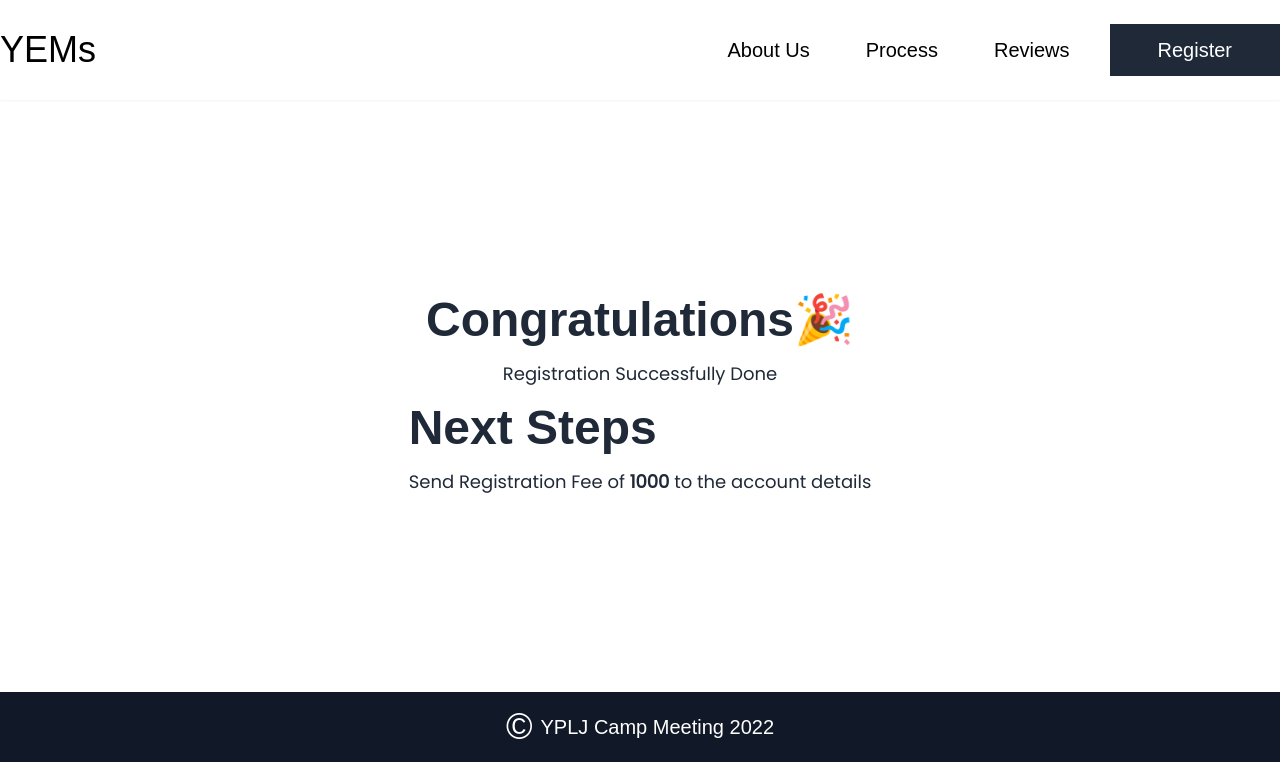
Repository: Ifenna-Pascal/user-camp-onboarding
Page: /dashboard
These files come from the project's save history. The page is drawn as it stood at one moment and after the next save; the edit follows.
The browser window is 1280 px wide. The pictures show the whole page.
Some web fonts or font styles are not loaded; a fallback is used. The project was rebuilt for these pictures with package versions that can differ from the ones it lists, and the page was loaded fresh each time. The framework's server and built-in components were replaced by stand-ins that run in the browser. Also part of the build but not shown: next.config.js.

Above is the page before, as saved 2022-11-27 08:12:31.

### pages/_app.js
import Mainlayout from "../components/layout";
import "../styles/globals.css";
import "remixicon/fonts/remixicon.css";

function MyApp({ Component, pageProps }) {
  return (
    <Mainlayout>
      <Component {...pageProps} />
    </Mainlayout>
  );
}

export default MyApp;

### pages/dashboard.jsx
import React from "react";

function Dashboard() {
  return (
    <div className="min-h-[80vh] flex  flex-col items-center justify-center">
      <h1 className="text-gray-800 text-center lg:text-left text-2xl lg:text-5xl font-semibold font-sono block ">
        Congratulations🎉
      </h1>
      <p className="block text-base  lg:text-lg text-center font-poppins text-gray-800 leading-[30px] py-2 lg:py-4">
        Registration Successfully Done
      </p>
      <div>
        <h1 className="text-gray-800 text-center lg:text-left text-2xl lg:text-5xl font-semibold font-sono block ">
          Next Steps{" "}
        </h1>
        <p className="block text-base  lg:text-lg text-center font-poppins text-gray-800 leading-[30px] py-2 lg:py-4">
          Send Registration Fee of <strong>1000</strong> to the account details
        </p>
      </div>
    </div>
  );
}

export default Dashboard;

### components/layout/index.jsx
import React from "react";
import Footer from "./Footer";
import Nav from "./Nav";

function Mainlayout({ children }) {
  return (
    <div className="relative">
      <Nav />
      <main>{children}</main>
      <Footer />
    </div>
  );
}

export default Mainlayout;

### styles/globals.css
@import url('https://fonts.googleapis.com/css2?family=Poppins&family=Sono:wght@400;500&display=swap');
@import url('https://fonts.googleapis.com/css2?family=Montserrat&family=Source+Sans+Pro&display=swap');

* {
  padding: 0;
  margin: 0;
  box-sizing: border-box;
  scroll-behavior: smooth;
}

html,
body {
  padding: 0;
  margin: 0;
  font-family: -apple-system, BlinkMacSystemFont, Segoe UI, Roboto, Oxygen,
    Ubuntu, Cantarell, Fira Sans, Droid Sans, Helvetica Neue, sans-serif;
}

a {
  color: inherit;
  text-decoration: none;
}

* {
  box-sizing: border-box;
}

@media (prefers-color-scheme: dark) {
  html {
    color-scheme: dark;
  }
  body {
    color: white;
    background: black;
  }
}

@tailwind base;
@tailwind components;
@tailwind utilities;

### components/layout/Footer.jsx
import React from "react";

function Footer() {
  return (
    <div className="bg-gray-900 w-full h-[70px]  flex items-center justify-center">
      <p className="text-center flex items-center text-white font-sono text-xl">
        {" "}
        <span className="text-4xl mr-2">&copy;</span> YPLJ Camp Meeting 2022{" "}
      </p>
    </div>
  );
}

export default Footer;

### components/layout/Nav.jsx
import Link from "next/link";
import { useRouter } from "next/router";
import React, { useState } from "react";
import Button from "../general/Button";
import NavLink from "../general/NavLink";

function Nav() {
  const [show, setShow] = useState(false);
  const router = useRouter();
  const toggle = () => {
    setShow(!show);
  };
  return (
    <div className="lg:sticky  top-0 w-full shadow-sm mb-4 z-50 px-6 lg:px-0 bg-white">
      <nav className="w-full lg:py-6 py-5 flex items-center  lg:max-w-[1450px] lg:mx-auto justify-between">
        <Link href="/">
          {" "}
          <h1 className="font-sono text-2xl lg:text-4xl ">YEMs</h1>
        </Link>
        <ul className="lg:flex items-center hidden justify-between">
          <NavLink href="/#home" name="About Us" />
          <NavLink href="/#process" name="Process" />
          <NavLink href="/#reviews" name="Reviews" />
          <Link href="/register">
            <Button text="Register" />
          </Link>
        </ul>
        <button
          className='block md:hidden className="w-full px-2 py-1 rounded-lg text-AP-grey-200 hover:text-AP-blue-200 border-AP-grey-200 hover:border-AP-blue-400'
          onClick={toggle}
        >
          <i
            className={`${
              !show ? "ri-menu-3-fill duration-500" : "ri-close-line"
            } text-2xl text-gray-800`}
          />
        </button>
      </nav>
      <div
        className={`flex lg:hidden ${
          show
            ? "flex duration-500  flex-col items-center space-y-8 pt-2 "
            : "hidden"
        }`}
      >
        <NavLink href="/#home" name="About Us" />
        <NavLink href="/#process" name="Process" />
        <NavLink href="/#reviews" name="Reviews" />
        {/* {router.pathname !== "/register" && (
          <Link href="/register">
            <Button text="Register" onClick={() => setShow(false)} />
          </Link>
        )} */}
      </div>
    </div>
  );
}

export default Nav;

### components/general/Button.jsx
import React from "react";

function Button({ text, ...rest }) {
  return (
    <button
      className="bg-gray-800 px-12 py-3 hover:bg-white hover:text-black hover:border hover:border-black duration-500 hover:ease-in-out text-white font-sono text-xl"
      {...rest}
    >
      {text}
    </button>
  );
}

export default Button;

### components/general/NavLink.jsx
import Link from "next/link";
import React from "react";

function NavLink({ href, name }) {
  return (
    <Link href={href}>
      <span className="text-black px-4 text-xl font-sono mr-6 font-500">
        {name}
      </span>
    </Link>
  );
}

export default NavLink;

### tailwind.config.js
/** @type {import('tailwindcss').Config} */
module.exports = {
  content: [
    "./pages/**/*.{js,ts,jsx,tsx}",
    "./components/**/*.{js,ts,jsx,tsx}",
  ],

  theme: {
    extend: {
      fontFamily: {
        sono: ["Sono", "sans-serif"],
        poppins: ["Poppins", "sans-serif"],
        montserat: ["Montserrat", "sans-serif"],
      },
    },
  },
  plugins: [],
};

After the next save:
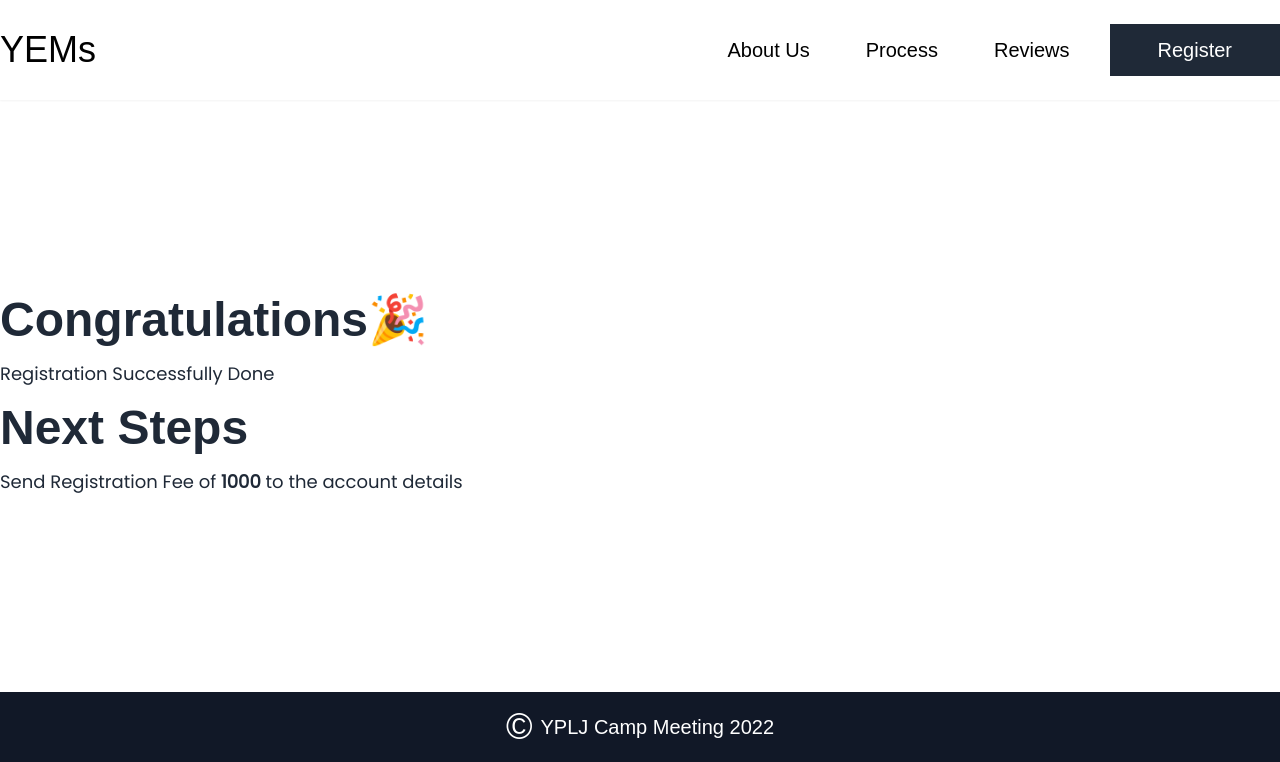
Saved 19 s later.
--- a/pages/dashboard.jsx
+++ b/pages/dashboard.jsx
@@ -2,7 +2,7 @@
 
 function Dashboard() {
   return (
-    <div className="min-h-[80vh] flex  flex-col items-center justify-center">
+    <div className="min-h-[80vh] flex  flex-col items-start justify-center">
       <h1 className="text-gray-800 text-center lg:text-left text-2xl lg:text-5xl font-semibold font-sono block ">
         Congratulations🎉
       </h1>

After the save that followed:
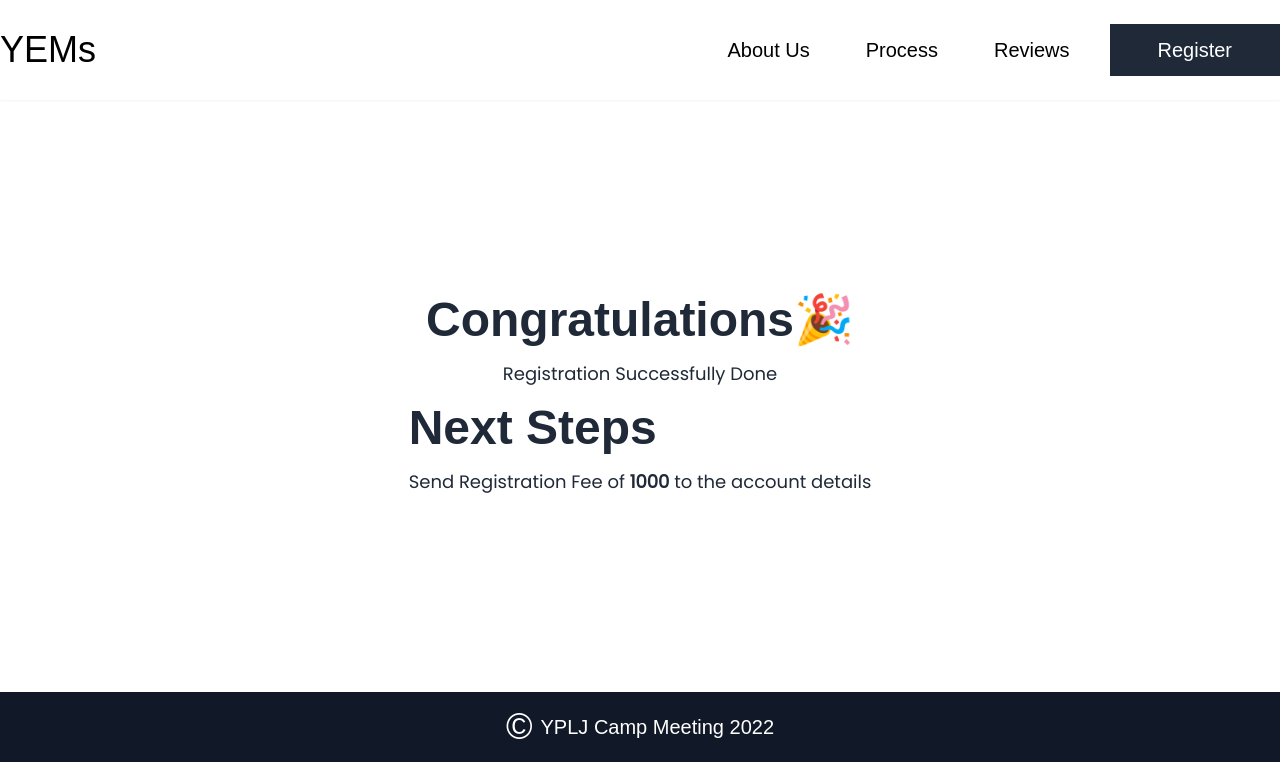
Saved 9 s later.
--- a/pages/dashboard.jsx
+++ b/pages/dashboard.jsx
@@ -2,7 +2,7 @@
 
 function Dashboard() {
   return (
-    <div className="min-h-[80vh] flex  flex-col items-start justify-center">
+    <div className="min-h-[80vh] flex  flex-col items-center justify-center">
       <h1 className="text-gray-800 text-center lg:text-left text-2xl lg:text-5xl font-semibold font-sono block ">
         Congratulations🎉
       </h1>
